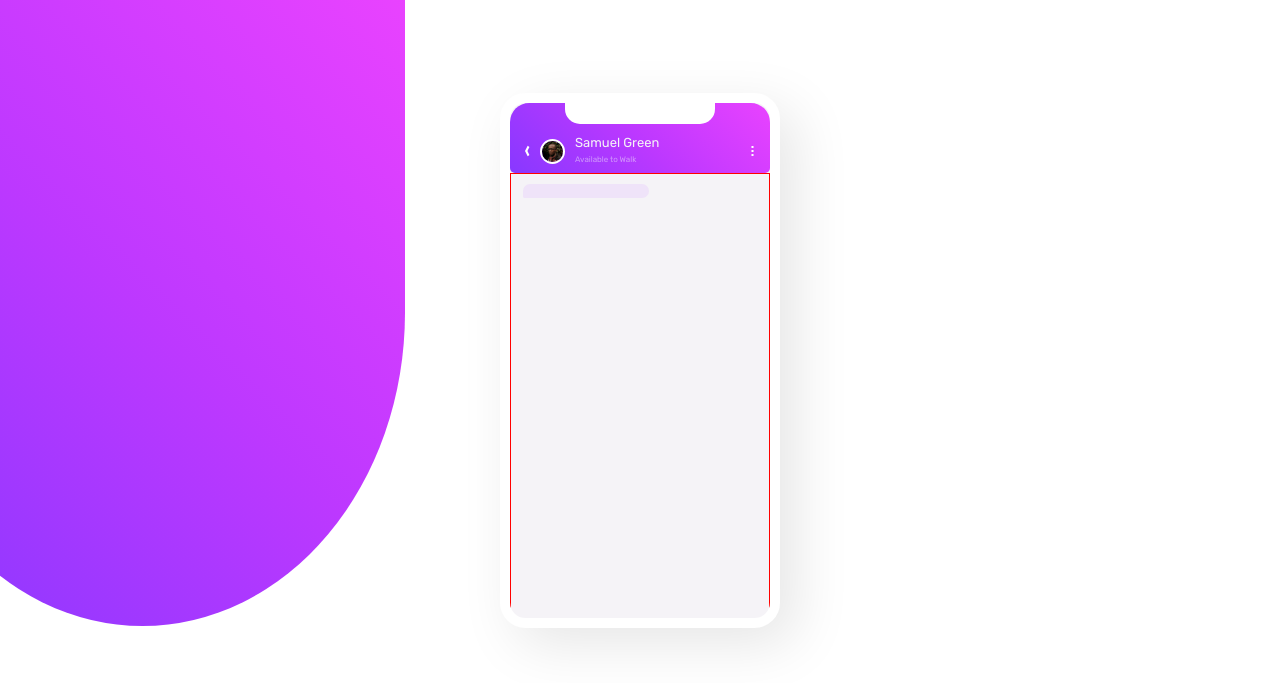
Repository: KamoliddinGIT/chat-app-css-illustration
Page: index.html
These files come from the project's save history. The page is drawn as it stood at one moment and after the next save; the edit follows.
The browser window is 1280 px wide. The pictures show the whole page.

Above is the page before, as saved 2023-09-25 18:10:37.

### index.html
<!DOCTYPE html>
<html lang="en">
  <head>
    <meta charset="UTF-8" />
    <meta http-equiv="X-UA-Compatible" content="IE=edge" />
    <meta name="viewport" content="width=device-width, initial-scale=1.0" />
    <link
      rel="icon"
      type="image/png"
      sizes="32x32"
      href="./images/favicon-32x32.png"
    />
    <link
      href="https://fonts.googleapis.com/css2?family=Rubik:wght@400;500;700&display=swap"
      rel="stylesheet"
    />
    <link rel="stylesheet" href="./css/style.css" />
    <title>Chat App CSS Illustration</title>
  </head>
  <body>
    <div class="container">
      <div class="bg"></div>
      <div class="card">
        <div class="header">
          <div class="cam"></div>
          <div class="header_contents">
            <div class="header-left-side">
              <img
                src="./images/arrow.svg"
                alt="left_arrow"
                class="back_icon"
              />
              <img class="avatar" src="./images/avatar.jpg" alt="avatar" />
              <h2>
                Samuel Green <br />
                <span>Available to Walk </span>
              </h2>
            </div>
            <img src="./images/menu.svg" alt="menu" class="menu" />
          </div>
        </div>
        <div class="card-messages">
          <div class="receive-message"></div>
        </div>
      </div>
    </div>
  </body>
</html>

### css/style.css
* {
  margin: 0;
  padding: 0;
  box-sizing: border-box;
}

.container {
  width: 100%;
  height: 100vh;
  display: flex;
  justify-content: center;
  align-items: center;
  background-color: white;
  font-family: "Rubik", sans-serif;
}

.bg {
  width: 525px;
  height: 87%;
  left: -120px;
  top: 0;
  position: absolute;
  background-image: linear-gradient(
    45deg,
    hsl(264deg 100% 61%) 0%,
    hsl(280deg 100% 61%) 50%,
    hsl(293deg 100% 63%) 100%
  );
  border-radius: 0 0 50% 50%;
}

.card {
  z-index: 99;
  width: 280px;
  height: 535px;
  border-radius: 1.6rem;
  background-color: hsl(270, 20%, 96%);
  border: 10px solid white;
  box-shadow: 1rem 1rem 3.5rem rgba(0, 0, 0, 0.1);
  overflow: hidden;
}

.header {
  display: flex;
  justify-content: center;
  align-items: center;
  color: white;
  position: relative;
  width: 100%;
  height: 70px;
  border-radius: 1.2rem 1.2rem 5px 5px;
  display: flex;
  flex-direction: column;
  align-items: center;
  background-image: linear-gradient(
    45deg,
    hsl(264deg 100% 61%) 0%,
    hsl(280deg 100% 61%) 50%,
    hsl(293deg 100% 63%) 100%
  );
}

.cam {
  width: 150px;
  height: 22px;
  top: 0;
  background-color: white;
  border-radius: 0 0 15px 15px;
  position: absolute;
  margin: -1px auto 0 auto;
}

.back_icon {
  width: 5px;
  height: 18px;
  cursor: pointer;
}

.header_contents {
  margin-top: 27px;
  width: 100%;
  height: 15px;
  display: flex;
  align-items: center;
  justify-content: space-between;
  padding: 15px;
}

.header-left-side {
  width: 164px;
  height: 29px;
  display: flex;
  align-items: center;
  gap: 10px;
}

.avatar {
  width: 25px;
  height: 25px;
  object-fit: fill;
  border-radius: 50%;
  border: 2px solid white;
}

.header-left-side h2 {
  font-size: 13px;
  font-weight: 400;
  padding-bottom: 3px;
  color: hsl(270, 20%, 96%);
}

.header-left-side h2 span {
  font-size: 8px;
  font-weight: 400;
  opacity: 0.5;
  color: hsl(270, 20%, 96%);
}

.menu {
  cursor: pointer;
  width: 5px;
}

.card-messages {
  display: flex;
  flex-direction: column;
  width: 260px;
  height: 446px;
  border: 1px solid red;
}

.receive-message {
  background-color: hsla(276, 100%, 81%, 0.2);
  width: 126px;
  padding: 7px 5px 7px 10px;
  border-radius: 10px 10px 10px 2px;
  margin: 10px 0 0 12px;
}

After the next save:
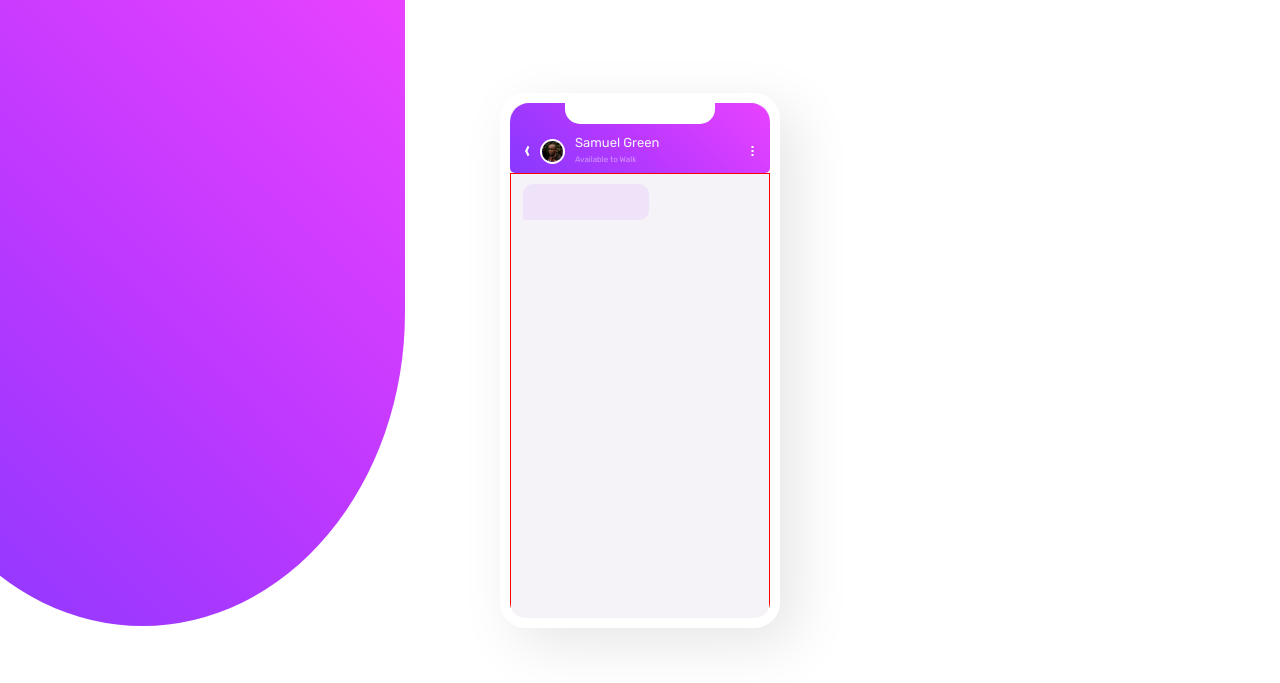
Saved 16 s later.
--- a/css/style.css
+++ b/css/style.css
@@ -132,6 +132,7 @@
 .receive-message {
   background-color: hsla(276, 100%, 81%, 0.2);
   width: 126px;
+  height: 36px;
   padding: 7px 5px 7px 10px;
   border-radius: 10px 10px 10px 2px;
   margin: 10px 0 0 12px;
